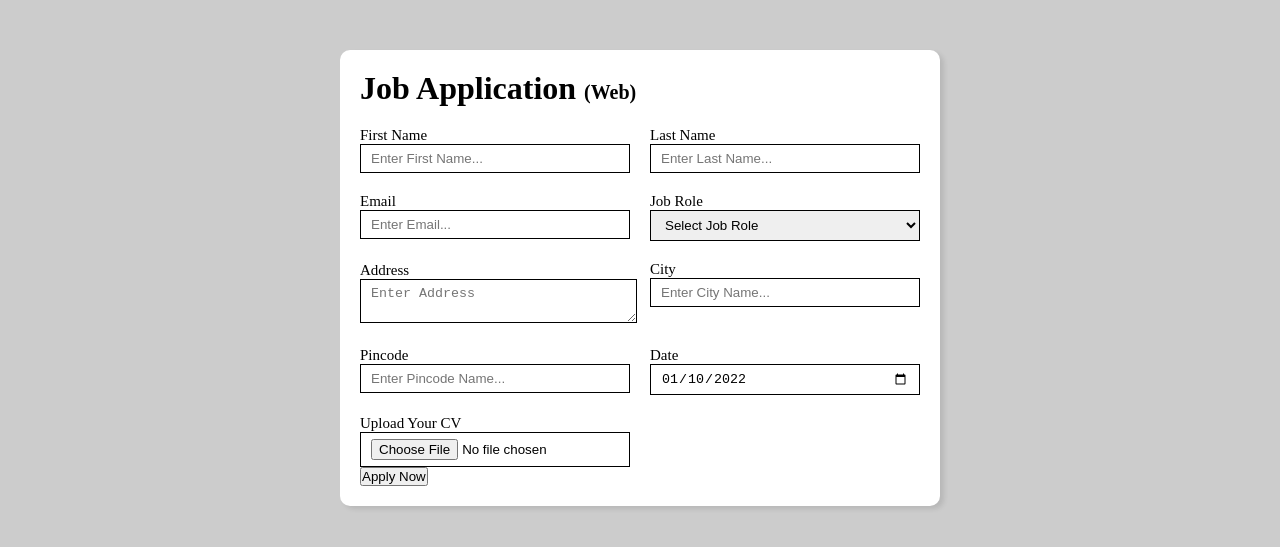
Repository: diensy/JOB-APPLICATION
Page: index.html
These files come from the project's save history. The page is drawn as it stood at one moment and after the next save; the edit follows.
The browser window is 1280 px wide. The pictures show the whole page.

Above is the page before, as saved 2024-02-27 22:31:21.

### index.html
<!DOCTYPE html>
<html lang="en">
  <head>
    <meta charset="UTF-8" />
    <meta http-equiv="X-UA-Compatible" content="IE=edge" />
    <meta name="viewport" content="width=device-width, initial-scale=1.0" />
    <title>Job Application Form</title>
    <link rel="stylesheet" href="Job_Application.css" />
  </head>
  <body>
    <div class="container">
      <div class="apply_box">
        <h1>
          Job Application
          <span class="title_small">(Web)</span>
        </h1>
        <form action="">
          <div class="form_container">
            <div class="form_control">
              <label for="first_name"> First Name </label>
              <input
                id="first_name"
                name="first_name"
                placeholder="Enter First Name..."
              />
            </div>
            <div class="form_control">
              <label for="last_name"> Last Name </label>
              <input
                id="last_name"
                name="last_name"
                placeholder="Enter Last Name..."
              />
            </div>
            <div class="form_control">
              <label for="email"> Email </label>
              <input
                type="email"
                id="email"
                name="email"
                placeholder="Enter Email..."
              />
            </div>
            <div class="form_control">
              <label for="job_role"> Job Role </label>
              <select id="job_role" name="job_role">
                <option value="">Select Job Role</option>
                <option value="frontend">Frontend Developer</option>
                <option value="backend">Backend Developer</option>
                <option value="full_stack">Full Stack Developer</option>
                <option value="ui_ux">UI UX Designer</option>
              </select>
            </div>
            <div class="textarea_control">
              <label for="address"> Address </label>
              <textarea
                id="address"
                name="address"
                row="4"
                cols="30"
                placeholder="Enter Address"
              ></textarea>
            </div>
            <div class="form_control">
              <label for="city"> City </label>
              <input id="city" name="city" placeholder="Enter City Name..." />
            </div>
            <div class="form_control">
              <label for="pincode"> Pincode </label>
              <input
                type="number"
                id="pincode"
                name="pincode"
                placeholder="Enter Pincode Name..."
              />
            </div>
            <div class="form_control">
              <label for="date"> Date </label>
              <input value="2022-01-10" type="date" id="date" name="date" />
            </div>
            <div class="form_control">
              <label for="upload"> Upload Your CV </label>
              <input type="file" id="upload" name="upload" />
            </div>
          </div>
          <div class="button_container">
            <button type="submit">Apply Now</button>
          </div>
        </form>
      </div>
    </div>
  </body>
</html>

### Job_Application.css
* {
  margin: 0;
  padding: 0;
  box-sizing: border-box;
}

body {
  background-color: #ccc;
}
.container {
  max-width: 900px;
  margin: 0 auto;
}

.apply_box {
  max-width: 600px;
  padding: 20px;
  background-color: white;
  margin: 0 auto;
  margin-top: 50px;
  box-shadow: 4px 3px 5px rgba(1, 1, 1, 0.1);
  border-radius: 10px;
}

.title_small {
  font-size: 20px;
}

.form_container {
  margin-top: 20px;
  margin-top: 20px;
  display: grid;
  grid-template-columns: repeat(auto-fit, minmax(200px, 1fr));
  gap: 20px;
}
.form_control {
  display: flex;
  flex-direction: column;
}
label {
  font-size: 15px;
}
input,
select,
textarea {
  padding: 6px 10px;
  border: 1px solid;
}

After the next save:
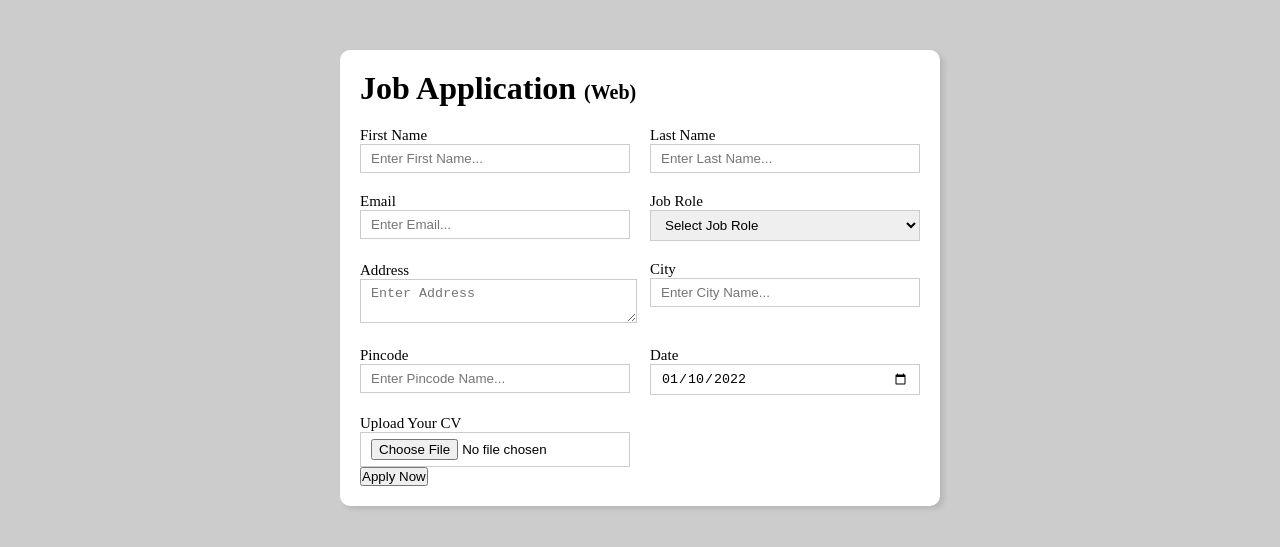
Saved 14 s later.
--- a/Job_Application.css
+++ b/Job_Application.css
@@ -44,5 +44,5 @@ input,
 select,
 textarea {
   padding: 6px 10px;
-  border: 1px solid;
+  border: 1px solid #ccc;
 }
